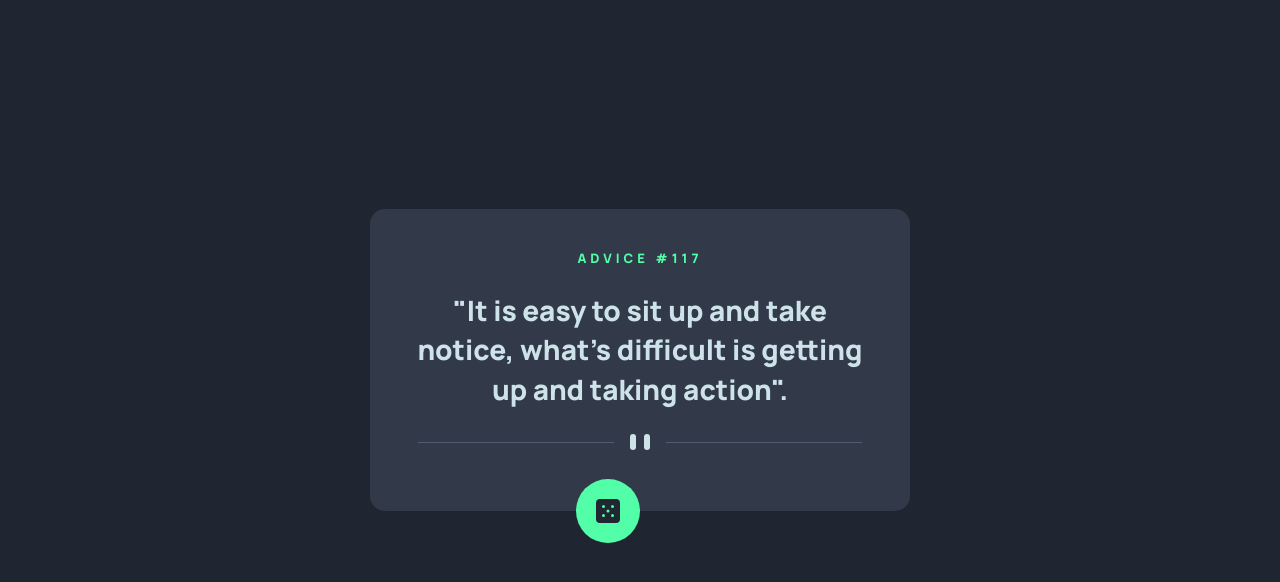
Repository: Daki-builds/advice-generator-app
Page: index.html
The author's editor kept a copy of each file at every save. The page is drawn from the files as they stood at one save, then again after the next save.
The browser window is 1280 px wide. The pictures show the whole page.

Above is the page before, as saved 2026-10-08 19:41:09.

After the next save:
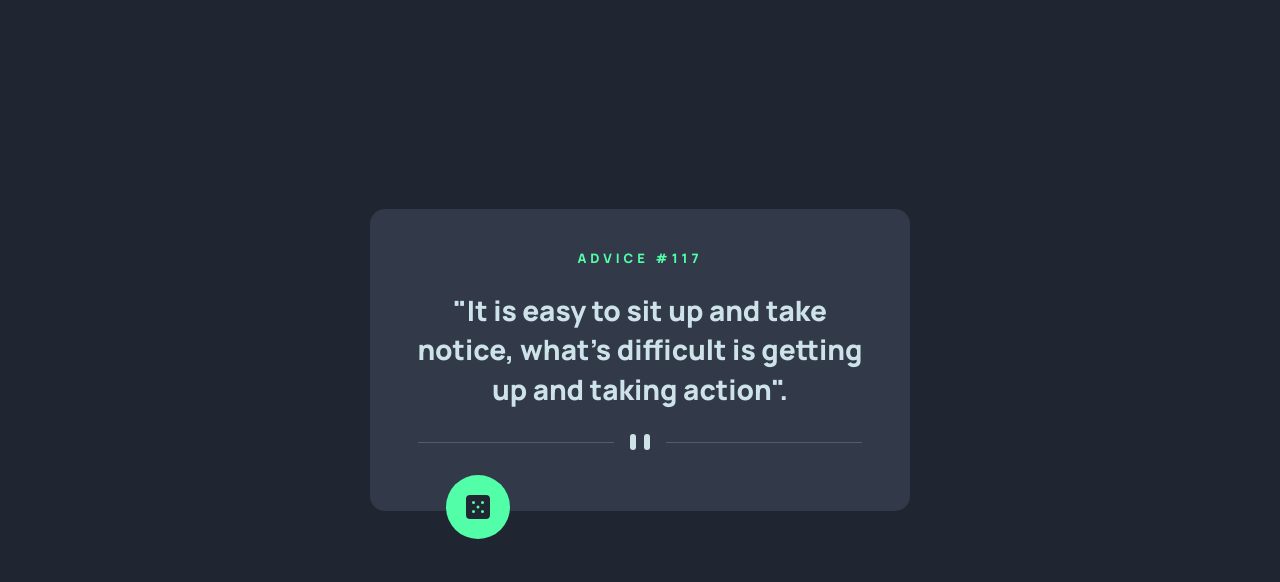
Saved 19 s later.
--- a/style.css
+++ b/style.css
@@ -62,8 +62,8 @@ p {
 
 button {
   position: absolute;
-  bottom: -32px;
-  /* left: 50%; */
+  bottom: -28px;
+  left: 20%;
   transform: translateX(-50%);
 
   display: flex;
